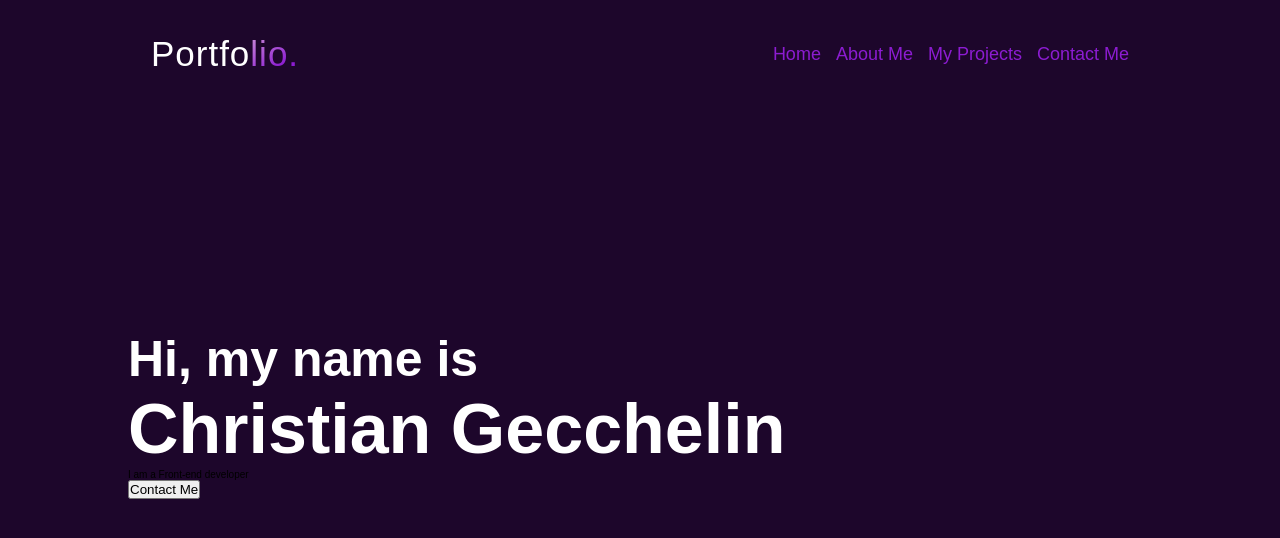
Repository: ChristianGecchelin/portfolio-web
Page: /
These files come from the project's save history. The page is drawn as it stood at one moment and after the next save; the edit follows.
The browser window is 1280 px wide. The pictures show the whole page.
The project was rebuilt for these pictures with package versions that can differ from the ones it lists, and the page was loaded fresh each time. Also part of the build but not shown: src/App/App.css.

Above is the page before, as saved 2022-01-20 19:29:31.

### public/index.html
<!DOCTYPE html>
<html lang="en">
  <head>
    <meta charset="utf-8" />
    <link rel="icon" href="%PUBLIC_URL%/favicon.ico" />
    <meta name="viewport" content="width=device-width, initial-scale=1" />
    <meta name="theme-color" content="#000000" />
    <meta name="description" content="Portfolio Online Christian Gecchelin" />
    <link rel="apple-touch-icon" href="%PUBLIC_URL%/logo192.png" />

    <link rel="manifest" href="%PUBLIC_URL%/manifest.json" />

    <title>Portfolio Christian</title>
  </head>
  <body>
    <noscript>You need to enable JavaScript to run this app.</noscript>
    <div id="root"></div>
  </body>
</html>

### src/index.js
import React from "react";
import ReactDOM from "react-dom";

import App from "./App/index";
import "./index.css";
ReactDOM.render(<App />, document.getElementById("root"));

### src/App/index.js
import { AppUI } from "./AppUI";
import "./App.css";

function App() {
  return <AppUI></AppUI>;
}

export default App;

### src/index.css
* {
  box-sizing: border-box;
  margin: 0;
  padding: 0;
}
html {
  font-size: 62.5%;
  font-family: "DM Sans", sans-serif;
}
body {
  background: #1d062b;
  width: 100%;
  height: 100vh;
}

### src/App/AppUI.js
import React from "react";
import { Header } from "../Header/Index.js";
import { Home } from "../Home/Index.js";
import "./App.css";

function AppUI() {
  return (
    <>
      <Header />
      <Home />
    </>
  );
}
export { AppUI };

### src/Header/Index.js
import React from "react";
import { NavBar } from "./NavBar";
import "./header.css";

function Header() {
  return (
    <header>
      <h1>
        Portfo<span>lio.</span>
      </h1>
      <NavBar />
    </header>
  );
}
export { Header };

### src/Home/Index.js
import React from "react";
import "./Home.css";
function Home() {
  return (
    <section className="Home-container">
      <div className="text-container">
        <p className="first-lineText">Hi, my name is</p>
        <p className="principal-lineText">Christian Gecchelin</p>
        <p className="secondary-lineText">I am a Front-end developer</p>
      </div>
      <button>Contact Me</button>
    </section>
  );
}
export { Home };

### src/Header/NavBar/index.js
import React from "react";
import { MobileNavigation } from "./MobileNavigation";
import { Navigation } from "./Navigation";
import "./NavBar.css";
function NavBar() {
  return (
    <div className="NavBar">
      <MobileNavigation />
      <Navigation />
    </div>
  );
}
export { NavBar };

### src/Header/header.css
header {
  display: flex;
  flex-direction: row;
  justify-content: space-around;
  align-items: center;
  gap: 5%;
  width: 100%;
  height: 15vh;
}
header h1 {
  margin: 0;
  width: 20%;
  min-width: 200px;
  font-size: 3.5rem;
  letter-spacing: 1px;
  font-weight: 500;
  color: #fff;
}
header h1 span {
  background: linear-gradient(147deg, #ce93d8 0%, #8c1cd1 74%);
  -webkit-background-clip: text;
  color: transparent;
  font-weight: 500;
}
@media (max-width: 750px) {
  header {
    justify-content: center;
    gap: 0;
  }
}

### src/Home/Home.css
.Home-container {
  position: relative;
  display: flex;
  flex-direction: column;
  justify-content: center;
  align-items: flex-start;
  width: 80%;
  min-width: 280px;
  height: 85vh;
  margin: 0 auto;
}
.text-container {
  display: flex;
  flex-direction: column;
  justify-content: center;
  align-items: flex-start;
  width: 100%;
  height: auto;
}
.first-lineText {
  font-size: 5rem;
  font-weight: 700;
  line-height: 6rem;
  color: #fff;
}
.principal-lineText {
  font-size: 7rem;
  font-weight: 700;
  color: #fff;
}

### src/Header/NavBar/MobileNavigation.js
import React, { useState } from "react";
import "./NavBar.css";
import { NavLinks } from "./NavLinks";
import { TiThMenu } from "react-icons/ti";
function MobileNavigation() {
  const [open, setOpen] = useState(false);
  const closeMobileMenu = () => setOpen(false);
  return (
    <nav className="MobileNavigation">
      <TiThMenu className="hamburguer" onClick={() => setOpen(!open)} />
      {open && <NavLinks isMobile={true} closeMobileMenu={closeMobileMenu} />}
    </nav>
  );
}
export { MobileNavigation };

### src/Header/NavBar/Navigation.js
import React from "react";
import "./NavBar.css";
import { NavLinks } from "./NavLinks";
function Navigation() {
  return (
    <nav className="Navigation">
      <NavLinks />
    </nav>
  );
}
export { Navigation };

### src/Header/NavBar/NavBar.css
.NavBar .MobileNavigation {
  display: none;
}
.NavBar .Navigation {
  display: flex;
  align-items: center;
}
.NavBar nav ul {
  display: flex;
  flex-direction: row;
  justify-content: flex-end;
  gap: 15px;
  text-align: center;
  list-style: none;
}
.NavBar nav ul li a {
  font-size: 1.8rem;
  font-weight: 500;
  line-height: 2rem;
  text-decoration: none;
  color: #8c1cd1;
}
a:visited {
  color: #8c1cd1;
}
.NavBar nav ul li a:hover {
  color: #fff;
}
@media (max-width: 750px) {
  .NavBar .Navigation {
    display: none;
  }
  .NavBar .MobileNavigation {
    display: flex;
    align-items: center;
  }
  .NavBar .MobileNavigation .hamburguer {
    position: absolute;
    color: #fff;
    height: 2rem;
    width: 2rem;
    cursor: pointer;
    z-index: 1;
  }
  .NavBar nav ul {
    display: flex;
    flex-direction: column;
    justify-content: center;
    gap: 10px;
    position: absolute;
    margin: 0;
    top: 0;
    right: 0;
    width: 100%;
    height: 100vh;
    background: rgba(0, 0, 0, 0.4);
    text-align: center;
  }
  .NavBar nav ul li a {
    font-size: 2.4rem;
    font-weight: 500;
    line-height: 2.5rem;
    text-decoration: none;
    letter-spacing: 1px;
  }
  a:visited {
    color: #8c1cd1;
  }
}

### src/Header/NavBar/NavLinks.js
import React from "react";
import "./NavBar.css";
import { motion } from "framer-motion";
function NavLinks(props) {
  const animateFrom = { opacity: 0, y: -40 };
  const animateTo = { opacity: 1, y: 0 };
  return (
    <ul>
      <motion.li
        initial={animateFrom}
        animate={animateTo}
        transition={{ delay: 0.05 }}
        onClick={() => props.isMobile && props.closeMobileMenu()}
      >
        <a href="#home">Home</a>
      </motion.li>
      <motion.li
        initial={animateFrom}
        animate={animateTo}
        transition={{ delay: 0.1 }}
        onClick={() => props.isMobile && props.closeMobileMenu()}
      >
        <a href="#aboutMe">About Me</a>
      </motion.li>
      <motion.li
        initial={animateFrom}
        animate={animateTo}
        transition={{ delay: 0.2 }}
        onClick={() => props.isMobile && props.closeMobileMenu()}
      >
        <a href="#myProjects">My Projects</a>
      </motion.li>
      <motion.li
        initial={animateFrom}
        animate={animateTo}
        transition={{ delay: 0.3 }}
        onClick={() => props.isMobile && props.closeMobileMenu()}
      >
        <a href="#contactMe">Contact Me</a>
      </motion.li>
    </ul>
  );
}
export { NavLinks };

After the next save:
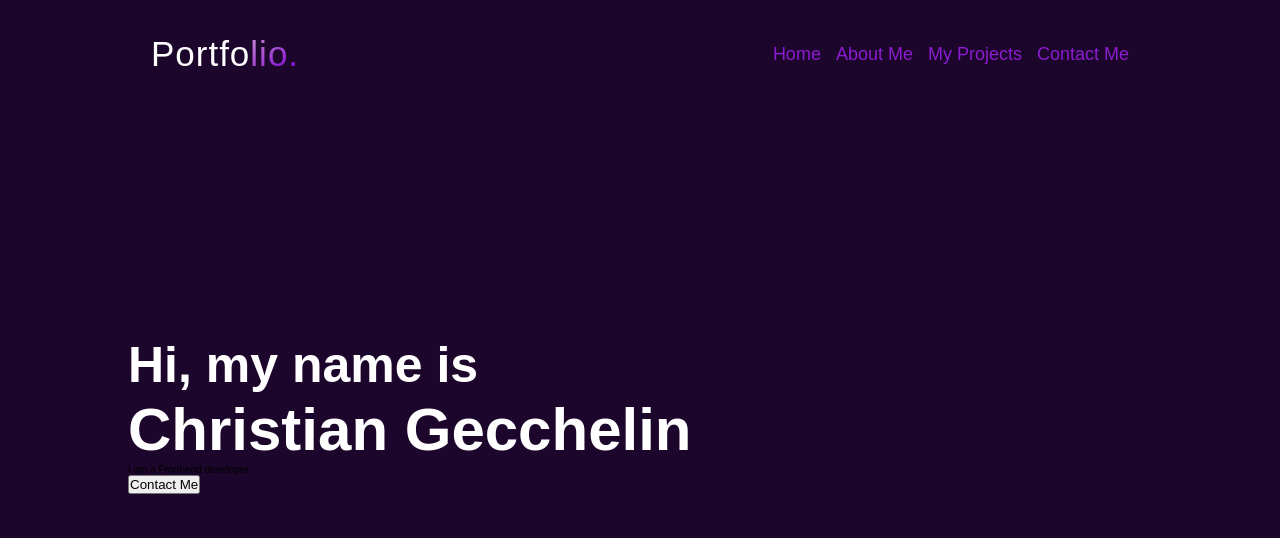
Saved 15 s later.
--- a/src/Home/Home.css
+++ b/src/Home/Home.css
@@ -24,7 +24,7 @@
   color: #fff;
 }
 .principal-lineText {
-  font-size: 7rem;
+  font-size: 6rem;
   font-weight: 700;
   color: #fff;
 }
